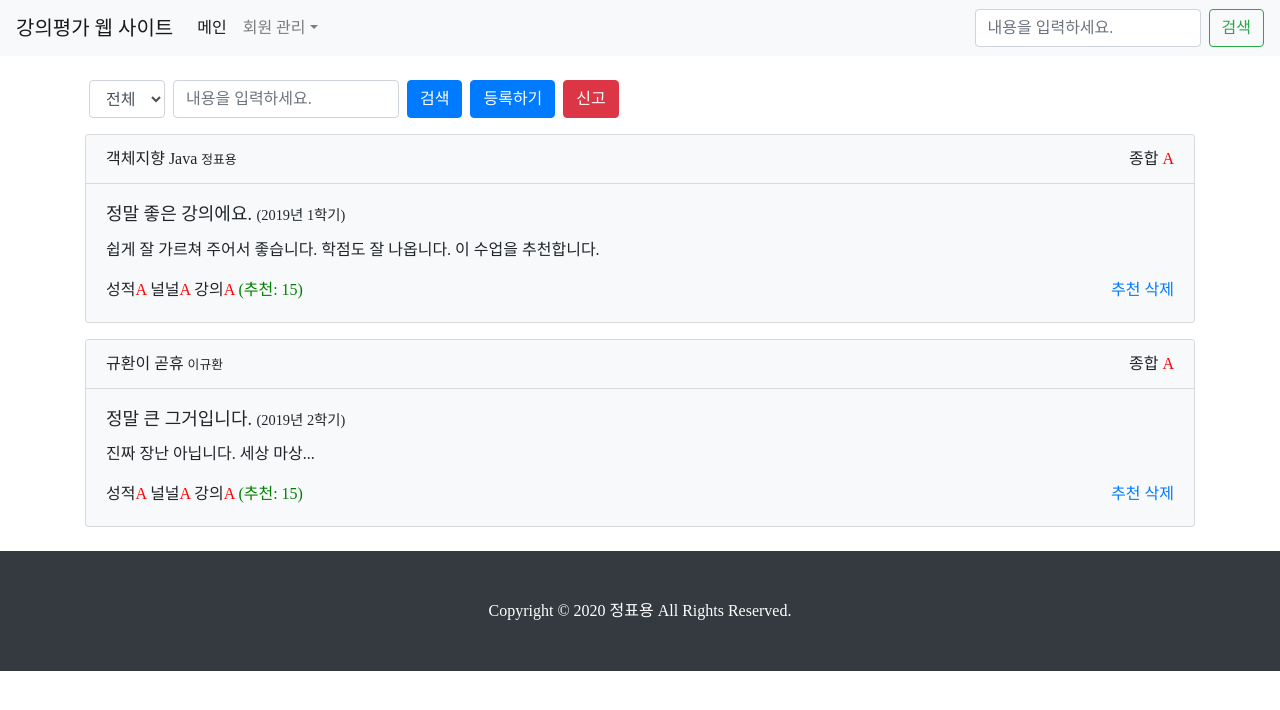
Repository: sur2/JSP-Lecture-Evaluation
Page: http://localhost/Lecture_Evaluation/
These files come from the project's save history. The page is drawn as it stood at one moment and after the next save; the edit follows.
The browser window is 1280 px wide. The pictures show the whole page.
Some web fonts or font styles are not loaded; a fallback is used. The page is served by Tomcat 9. Other server files are loaded and not shown.

Above is the page before, as saved 2020-01-08 06:23:14.
Console error (its wording comes from the project's code and is left out).

### Lecture Evaluation/WebContent/index.jsp
<%@ page language="java" contentType="text/html; charset=UTF-8"
	pageEncoding="UTF-8"%>
<!DOCTYPE html>
<html>
<head>
	<meta charset="UTF-8">
	<!-- 반응형 웹 -->
	<meta name="viewport" content="width=device-width, initial-scale=1.0, shrink-to-fit=no">
	<title>강의평가 웹 사이트</title>
	<!-- 부트스트랩 CSS 추가하기 -->
	<link rel="stylesheet" href="./css/bootstrap.min.css"></link>
	<!-- 커스텀 CSS 추가하기 -->
	<link rel="stylesheet" href="./css/custom.css"></link>
</head>
<body>
	<nav class="navbar navbar-expand-md navbar-light bg-light">
		<a class="navbar-brand" href="index.jsp">강의평가 웹 사이트</a>
		<button class="navbar-toggler" type="button" data-toggle="collapse" data-target="#navbar">
			<span class="navbar-toggler-icon"></span>
		</button>
		<div id="navbar" class="collapse navbar-collapse">
			<ul class="navbar-nav mr-auto">
				<li class="navbar-item active">
					<a class="nav-link" href="index.jsp">메인</a>
				</li>
				<li class="nav-item dropdown">
					<a class="nav-link dropdown-toggle" id="dropdown" data-toggle="dropdown">회원 관리</a>
					<div class="dropdown-menu" aria-labelledby="dropdown">
						<a class="dropdown-item" href="userLogin.jsp">로그인</a>
						<a class="dropdown-item" href="userJoin.jsp">회원가입</a>
						<a class="dropdown-item" href="userLogout.jsp">로그아웃</a>
					</div>
				</li>
			</ul>
			<form class="form-inline my-2 my-lg-0">
				<input class="form-control mr-sm-2" type="search" placeholder="내용을 입력하세요." aria-label="Search">
				<button class="btn btn-outline-success my-2 my-sm-0" type="submit">검색</button>
			</form>
		</div>
	</nav>

	<section class="container">
		<form method="get" action="./index.jsp" class="form-inline mt-3">
			<select name="lectureDivide" class="form-control mx-1 mt-2">
				<option value="전체">전체</option>
				<option value="전공">전공</option>
				<option value="교양">교양</option>
				<option value="기타">기타</option>
			</select>
			<input type="text" name="search" class="form-control mx-1 mt-2" placeholder="내용을 입력하세요.">
			<button type="submit" class="btn btn-primary mx-1 mt-2">검색</button>
			<a class="btn btn-primary mx-1 mt-2" data-toggle="modal" href="#registerModal">등록하기</a>
			<a class="btn btn-danger mx-1 mt-2" data-toggle="modal" href="#reportModal">신고</a>
		</form>

		<div class="card bg-light mt-3">
			<div class="card-header bg-light">
				<div class="row">
					<div class="col-8 text-left">객체지향 Java&nbsp;<small>정표용</small></div>
					<div class="col-4 text-right">종합
						<span style="color: red;">A</span>
					</div>
				</div>
			</div>
			<div class="card-body">
				<h5 class="card-title">정말 좋은 강의에요.&nbsp;<small>(2019년 1학기)</small></h5>
				<p class="card-text">쉽게 잘 가르쳐 주어서 좋습니다. 학점도 잘 나옵니다. 이 수업을 추천합니다.</p>
				<div class="row">
					<div class="col-9 text-left">
						성적<span style="color: red;">A</span>
						널널<span style="color: red;">A</span>
						강의<span style="color: red;">A</span>
						<span style="color: green;">(추천: 15)</span>
					</div>
					<div class="col-3 text-right" >
						<a onclick="return confirm('추천하시겠습니까?)'" href="./likeAction.jsp?evaluationID=">추천</a>
						<a onclick="return confirm('삭제하시겠습니까?)'" href="./deleteAction.jsp?evaluationID=">삭제</a>
					</div>
				</div>
			</div>
		</div>

		<div class="card bg-light mt-3">
			<div class="card-header bg-light">
				<div class="row">
					<div class="col-8 text-left">규환이 곧휴&nbsp;<small>이규환</small></div>
					<div class="col-4 text-right">종합
						<span style="color: red;">A</span>
					</div>
				</div>
			</div>
			<div class="card-body">
				<h5 class="card-title">정말 큰 그거입니다.&nbsp;<small>(2019년 2학기)</small></h5>
				<p class="card-text">진짜 장난 아닙니다. 세상 마상... </p>
				<div class="row">
					<div class="col-9 text-left">
						성적<span style="color: red;">A</span>
						널널<span style="color: red;">A</span>
						강의<span style="color: red;">A</span>
						<span style="color: green;">(추천: 15)</span>
					</div>
					<div class="col-3 text-right" >
						<a onclick="return confirm('추천하시겠습니까?)'" href="./likeAction.jsp?evaluationID=">추천</a>
						<a onclick="return confirm('삭제하시겠습니까?)'" href="./deleteAction.jsp?evaluationID=">삭제</a>
					</div>
				</div>
			</div>
		</div>
	</section>


	<!-- 평가 등록 모달 -->
	<div class="modal fade" id="registerModal" tabindex="-1" role="diolog" aria-labelledby="modal" aria-hidden="true">
		<div class="modal-dialog">
			<div class="modal-content">
				<div class="modal-header">
					<h5 class="modal-title" id="modal">평가 등록</h5>
					<button type="button" class="close" data-dismiss="modal" aria-label="Close">
						<span aria-hidden="true">&times;</span>
					</button>
				</div>
				<div class="modal-body">
					<form action="./evaluationRegisterAction.jsp" method="post">
						<div class="form-row">
							<div class="form-group col-sm-6">
								<label>강의명</label>
								<input type="text" name="lectureName" class="form-control" maxlength="20">
							</div>
							<div class="form-group col-sm-6">
								<label>교수명</label>
								<input type="text" name="professorName" class="form-control" maxlength="20">
							</div>
						</div>
						<div class="form-row">
							<div class="form-group col-sm-4">
								<label>수강 연도</label>
								<select name="lectureYear" class="form-control">
								<%
									for(int i = 2013; i<2030; i++) {
										if(i == 2020) {
								%>
												<option value="<%=i%>" selected><%=i%></option>
								<%
										}
										else {
								%>
									<option value="<%=i%>"><%=i%></option>
								<%
										}
									}
								%>
								</select>
							</div>
							<div class="form-group col-sm-4">
								<label>수강 학기</label>
								<select name="semesterDivide" class="form-control">
									<option value="1학기">1학기</option>
									<option value="여름학기">여름학기</option>
									<option value="2학기">2학기</option>
									<option value="겨울학기">겨울학기</option>
								</select>
							</div>
							<div class="form-group col-sm-4">
								<label>강의 구분</label>
								<select name="lectureDivide" class="form-control">
									<option value="전공">전공</option>
									<option value="교양">교양</option>
									<option value="기타">기타</option>
								</select>
							</div>
						</div>
						<div class=form-group>
							<label>제목</label>
							<input type="text" name="evaluationTime" class="form-control" maxlength="30">
						</div>
						<div class="form-group">
							<label>내용</label>
							<textarea name="evaluationContent" class="form-control" maxlength="2048" style="height:180px;"></textarea>
						</div>
						<div class="form-row">
							<div class="form-group col-sm-3">
								<label>종합</label>
								<select name="totalScore" class="form-control">
									<option value="A" selected>A</option>
									<option value="B">B</option>
									<option value="C">C</option>
									<option value="D">D</option>
									<option value="F">F</option>
								</select>
							</div>
							<div class="form-group col-sm-3">
								<label>성적</label>
								<select name="creditScore" class="form-control">
									<option value="A" selected>A</option>
									<option value="B">B</option>
									<option value="C">C</option>
									<option value="D">D</option>
									<option value="F">F</option>
								</select>
							</div>
							<div class="form-group col-sm-3">
								<label>널널</label>
								<select name="comfortableScore" class="form-control">
									<option value="A" selected>A</option>
									<option value="B">B</option>
									<option value="C">C</option>
									<option value="D">D</option>
									<option value="F">F</option>
								</select>
							</div>
							<div class="form-group col-sm-3">
								<label>강의</label>
								<select name="lectureScore" class="form-control">
									<option value="A" selected>A</option>
									<option value="B">B</option>
									<option value="C">C</option>
									<option value="D">D</option>
									<option value="F">F</option>
								</select>
							</div>
						</div>
						<div class="modal-footer">
							<button type="submit" class="btn btn-primary">등록하기</button>
							<button type="button" class="btn btn-secondary" data-dismiss="modal">취소</button>
						</div>
					</form>
				</div>
			</div>
		</div>
	</div>
	<!-- 신고 모달 -->
	<div class="modal fade" id="reportModal" tabindex="-1" role="diolog" aria-labelledby="modal" aria-hidden="true">
		<div class="modal-dialog">
			<div class="modal-content">
				<div class="modal-header">
					<h5 class="modal-title" id="modal">신고하기</h5>
					<button type="button" class="close" data-dismiss="modal" aria-label="Close">
						<span aria-hidden="true">&times;</span>
					</button>
				</div>
				<div class="modal-body">
					<form action="./reportAction.jsp" method="post">
						<div class=form-group>
							<label>신고 제목</label>
							<input type="text" name="reportTitle" class="form-control" maxlength="30">
						</div>
						<div class="form-group">
							<label>신고 내용</label>
							<textarea name="reportContent" class="form-control" maxlength="2048" style="height:180px;"></textarea>
						</div>
						<div class="modal-footer">
							<button type="submit" class="btn btn-danger">신고하기</button>
							<button type="button" class="btn btn-secondary" data-dismiss="modal">취소</button>
						</div>
					</form>
				</div>
			</div>
		</div>
	</div>

	<footer class="bg-dark mt-4 p-5 text-center" style="color: #FFFFFF;">
		Copyright &copy; 2020 정표용 All Rights Reserved.
	</footer>

	<!-- JQuery js 추가하기 -->
	<script type="text/javascript" src="./js/jquery-3.4.1.min.js"></script>
	<!-- popper js 추가하기 -->
	<script type="text/javascript" src="./js/popper.min.js"></script>
	<!-- 부트스트랩 js 추가하기 -->
	<script type="text/javascript" src="./js/bootstrap.min.js"></script>
</body>
</html>

### Lecture Evaluation/WebContent/css/custom.css
@import url(https://fonts.googleapis.com/earlyaccess/jejugothic.css);
@import url(https://fonts.googleapis.com/css?family=Nanum+Gothic&display=swap);
.navbar-brand, h1, h2, h3, h4 {
	font-family: 'Jeju Gothic';
}
h5 {
	font-family:'Jeju Gothic';
	font-size: 18px;
}
body {
	font-family: 'Nanum Gothic';
}

Loaded but not shown: Lecture Evaluation/WebContent/css/bootstrap.min.css (library); Lecture Evaluation/WebContent/js/jquery-3.4.1.min.js (library); Lecture Evaluation/WebContent/js/popper.min.js (library); Lecture Evaluation/WebContent/js/bootstrap.min.js (library)

After the next save:
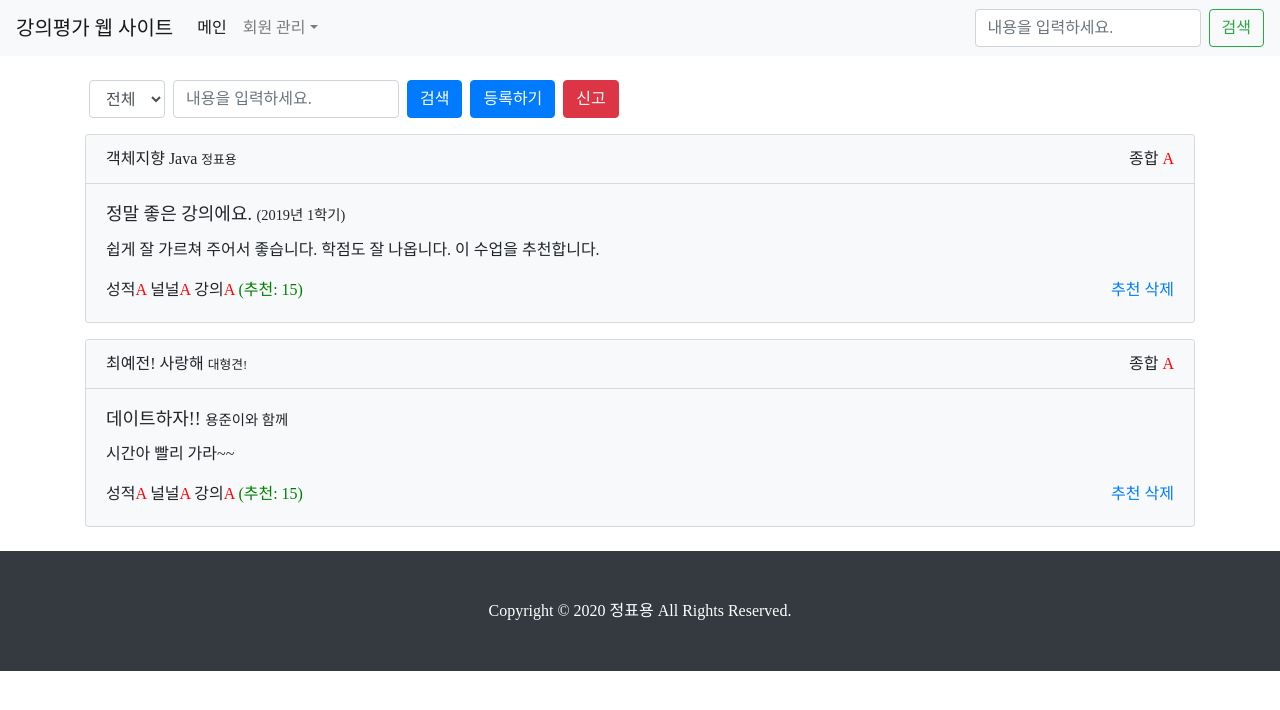
Saved 5 h 31 min later.
--- a/Lecture Evaluation/WebContent/index.jsp
+++ b/Lecture Evaluation/WebContent/index.jsp
@@ -83,15 +83,15 @@
 		<div class="card bg-light mt-3">
 			<div class="card-header bg-light">
 				<div class="row">
-					<div class="col-8 text-left">규환이 곧휴&nbsp;<small>이규환</small></div>
+					<div class="col-8 text-left">최예전! 사랑해&nbsp;<small>대형견!</small></div>
 					<div class="col-4 text-right">종합
 						<span style="color: red;">A</span>
 					</div>
 				</div>
 			</div>
 			<div class="card-body">
-				<h5 class="card-title">정말 큰 그거입니다.&nbsp;<small>(2019년 2학기)</small></h5>
-				<p class="card-text">진짜 장난 아닙니다. 세상 마상... </p>
+				<h5 class="card-title">데이트하자!!&nbsp;<small>용준이와 함께</small></h5>
+				<p class="card-text">시간아 빨리 가라~~</p>
 				<div class="row">
 					<div class="col-9 text-left">
 						성적<span style="color: red;">A</span>
